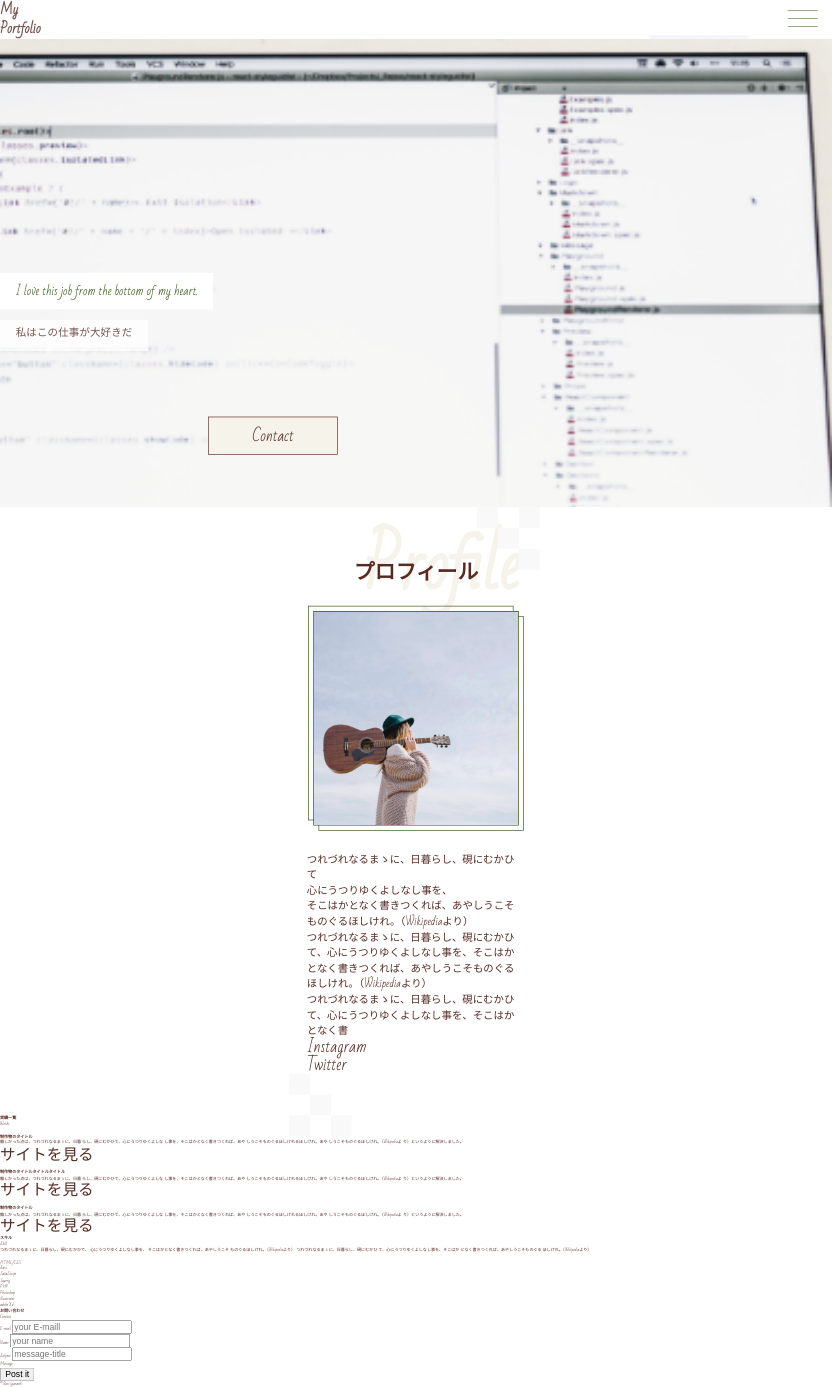
Repository: ppmp556/igarashi.kakuu
Page: index.html
The author's editor kept a copy of each file at every save. The page is drawn from the files as they stood at one save, then again after the next save.
The browser window is 1280 px wide. The pictures show the whole page, at 65% of full size.
Some web libraries are served in a nearby version. The style sheet was rebuilt from its Sass, Less or Tailwind sources for each picture, by a compiler version that may differ from the author's.

Above is the page before, as saved 2020-10-25 17:44:33.
Console error: TypeError: Cannot read properties of null (reading 'addEventListener')

### index.html
<!DOCTYPE html>
<html lang="ja">
    <head>
        <meta charset="UTF-8">
        <meta name="viewport" content="width=device-width, initial-scale=1.0, maximum-scale=1.0, minimum-scale=1.0">
        <link rel="stylesheet" href="faundation.css" type="text/css">
        <link rel="stylesheet" href="./css/style.css" type="text/css">
        <link href="https://use.fontawesome.com/releases/v5.6.1/css/all.css" rel="stylesheet">
        <link href="https://fonts.googleapis.com/css?family=Bad+Script" rel="stylesheet">
        <link href="https://fonts.googleapis.com/css?family=Sawarabi+Gothic" rel="stylesheet">
        <link rel="img" href="image">
        <title>架空LP</title>

    </head>
    <body>

        <div class="container">
            <header class="header">
                <h1 class="header_ttl">
                    <a href="index.html" class="header_link">My Portfolio</a><!-- /.header_link -->
                </h1><!-- /.header_ttl -->
                <nav class="nav">
                    <div class="nav_wrapper" id="nav_lists">
                        <!-- ハンバーガーメニュー部分 -->
                        <div class="toggle_btn" id="nav_toggler">
                            <span class="toggle_line __tg1"></span>
                            <span class="toggle_line __tg2"></span>
                            <span class="toggle_line __tg3"></span>
                        </div>
                        <!-- ハンバーガーメニューここまで -->
                    </div>
                    <ul class="nav_list flex">
                        <li class="nav_item">
                            <a href="#" class="nav_link">Profile<span class="nav_sp">プロフィール</a><!-- /.nav_link -->
                        </li><!-- /.nav_item -->
                        <li class="nav_item">
                            <a href="#" class="nav_link">Works<span class="nav_sp">実績一覧</a><!-- /.nav_link -->
                        </li><!-- /.nav_item -->
                        <li class="nav_item">
                            <a href="#" class="nav_link">Skill<span class="nav_sp">スキル</a><!-- /.nav_link -->
                        </li><!-- /.nav_item -->
                        <li class="nav_item">
                            <a href="#" class="nav_link">Contact<span class="nav_sp">お問い合わせ</a><!-- /.nav_link -->
                        </li><!-- /.nav_item -->
                    </ul><!-- /.nav_list -->
                </nav><!-- /.nav -->
            </header><!-- /.header -->
        </div><!-- /.container -->
        <div class="kv">
            <div class="kv_txtbox">
                <p class="kv_txt">I love this job from the bottom of my heart.</p><!-- /.kv_txt -->
                <p class="kv_txt __subtxt">私はこの仕事が大好きだ</p><!-- /.kv_txt -->
            </div><!-- /.kv_txtbox -->
            <div class="contact_box">
                <a href="#" class="contact_link">Contact</a><!-- /.contact_link -->
            </div><!-- /.contact_box -->
        </div><!-- /.kv -->
        <main>
            <div class="inner">

                <section class="prof" id="prof">
                    <div class="prof_inner">
                        <div class="section_ttlbox">
                            <h2 class="prof_ttl">プロフィール</h2><!-- /.prof_ttl -->
                            <!-- <span class="prof_sub">Profile</span> -->
                        </div><!-- /.section_ttlbox -->
                        <div class="prof_imgbox">
                            <img src="images/profile/profile.png" alt="#" class="prof_img">
                        </div><!-- /.prof_imgbox -->
                        <p class="prof_txt">
                            つれづれなるまゝに、日暮らし、硯にむかひ
                            て<br>
                            心にうつりゆくよしなし事を、<br>
                            そこはかとなく書きつくれば、あやしうこそ
                            ものぐるほしけれ。（Wikipediaより）<br>
                            つれづれなるまゝに、日暮らし、硯にむかひ
                            て、心にうつりゆくよしなし事を、そこはか
                            となく書きつくれば、あやしうこそものぐる
                            ほしけれ。（Wikipediaより）<br>
                            つれづれなるまゝに、日暮らし、硯にむかひ
                            て、心にうつりゆくよしなし事を、そこはか
                            となく書
                        </p><!-- /.prof_txt -->
                        <div class="section_btnbox">
                            <div class="site_btn">
                                <a href="#" class="site_link">Instagram</a>
                            </div><!-- /.site_btn -->
                            <div class="site_btn">
                                <a href="#" class="site_link">Twitter</a>
                            </div><!-- /.site_btn -->
                        </div><!-- /.section_btnbox -->
                    </div><!-- /.prof_inner -->
                </section><!-- /#prof.prof -->


                <section class="work" id="work">
                    <div class="section_ttlbox">
                        <h2 class="work_ttl">実績一覧</h2><!-- /.work_ttl -->
                        <span class="work_sub">Works</span>
                    </div><!-- /.section_ttlbox -->

                    <div class="work_imgbox">
                        <ul class="work_list">
                            <li class="work_item">
                                <img src="" alt="" class="work_img">
                                <h3 class="work_ttl">制作物のタイトル</h3><!-- /.work_txt -->
                                <p class="work_txt">
                                    難しかった点は、つれづれなるまゝに、日暮
                                    らし、硯にむかひて、心にうつりゆくよしな
                                    し事を、そこはかとなく書きつくれば、あや
                                    しうこそものぐるほしけれるほしけれ。あや
                                    しうこそものぐるほしけれ。（Wikipediaよ
                                    り）というように解決しました。
                                </p><!-- /.work_txt -->
                                <div class="site_btn">
                                    <a href="#" class="site_link">サイトを見る</a>
                                </div><!-- /.site_btn -->
                            </li><!-- /.work_item -->
                            <li class="work_item">
                                <img src="" alt="" class="work_img">
                                <h3 class="work_ttl">制作物のタイトルタイトルタイトル</h3><!-- /.work_txt -->
                                <p class="work_txt">
                                    難しかった点は、つれづれなるまゝに、日暮
                                    らし、硯にむかひて、心にうつりゆくよしな
                                    し事を、そこはかとなく書きつくれば、あや
                                    しうこそものぐるほしけれるほしけれ。あや
                                    しうこそものぐるほしけれ。（Wikipediaよ
                                    り）というように解決しました。
                                </p><!-- /.work_txt -->
                                <div class="site_btn">
                                    <a href="#" class="site_link">サイトを見る</a>
                                </div><!-- /.site_btn -->
                            </li><!-- /.work_item -->
                            <li class="work_item">
                                <img src="" alt="" class="work_img">
                                <h3 class="work_ttl">制作物のタイトル</h3><!-- /.work_txt -->
                                <p class="work_txt">
                                    難しかった点は、つれづれなるまゝに、日暮
                                    らし、硯にむかひて、心にうつりゆくよしな
                                    し事を、そこはかとなく書きつくれば、あや
                                    しうこそものぐるほしけれるほしけれ。あや
                                    しうこそものぐるほしけれ。（Wikipediaよ
                                    り）というように解決しました。
                                </p><!-- /.work_txt -->
                                <div class="site_btn">
                                    <a href="#" class="site_link">サイトを見る</a>
                                </div><!-- /.site_btn -->
                            </li><!-- /.work_item -->
                        </ul><!-- /.work_list -->
                    </div><!-- /.work_imgbox -->
                </section><!-- /#work.work -->

                <section class="skii" id="skill">
                    <div class="section_ttlbox">
                        <h2 class="skill_ttl">スキル</h2><!-- /.skill_ttl -->
                        <span class="skill_sub">Skill</span>
                    </div><!-- /.section_ttlbox -->
                    <div class="skill_txtbox">
                        <p class="skill_txt">
                            つれづれなるまゝに、日暮らし、硯にむかひて、
                            心にうつりゆくよしなし事を、
                            そこはかとなく書きつくれば、あやしうこそ
                            ものぐるほしけれ。（Wikipediaより）
                            つれづれなるまゝに、日暮らし、硯にむかひ
                            て、心にうつりゆくよしなし事を、そこはか
                            となく書きつくれば、あやしうこそものぐる
                            ほしけれ。（Wikipediaより）
                        </p><!-- /.skill_txt -->
                    </div><!-- /.skill_txtbox -->
                    <div class="skill_listbox">
                        <div class="skill_imgbox">
                            <img src="" alt="" class="skill_img">
                        </div><!-- /.skill_imgbox -->
                        <ul class="skill_list">
                            <li class="skill_item">HTML/CSS</li><!-- /.skill_item -->
                            <li class="skill_item">Sass</li><!-- /.skill_item -->
                            <li class="skill_item">JavaScript</li><!-- /.skill_item -->
                            <li class="skill_item">Jquery</li><!-- /.skill_item -->
                            <li class="skill_item">PHP</li><!-- /.skill_item -->
                            <li class="skill_item">Photoshop</li><!-- /.skill_item -->
                            <li class="skill_item">illustrator</li><!-- /.skill_item -->
                            <li class="skill_item">adobe Xd</li><!-- /.skill_item -->
                        </ul><!-- /.skill_list -->
                    </div><!-- /.skill_listbox -->
                </section><!-- /#skill.skii -->

                <section class="contact" id="contact">
                    <div class="section_ttlbox">
                        <h2 class="contact_ttl">お問い合わせ</h2><!-- /.contact_ttl -->
                        <span class="contact_sub">Contact</span>
                    </div><!-- /.section_ttlbox -->
                    <form action="#" class="ly-form">
                        <div class="form ord1">
                            <div class="form2">

                                <label for="email" class="formTitle u-formTxt">E-mail</label>
                                <input type="email" class="formBox" name="your-E-mail" placeholder="your E-maill">
                            </div>
                        </div>
                        <div class="form ord2">
                            <div class="form2">
                                    <label for="name" class="formTitle u-formTxt">Name</label>
                                    <input type="text" class="formBox" name="your name" placeholder="your name">

                            </div>
                        </div>
                        <div class="form ord3">
                            <div class="form2">
                                <label for="subject" class="formTitle u-formTxt">Subject</label>
                                <input type="subject" class="formBox" name="message-title" placeholder="message-title">
                            </div>
                        </div>
                        <div class="form ord4">
                            <div class="form2">
                                <label for="message" class="formTitle u-formTxt">Message</label>
                                <textare name="contents" class="area" name="contents" placeholder="contents" rows="4" cols="40"></textare>
                            </div>
                        </div>
                        <div class="inputWrap btnhv u-send">
                            <input type="submit" value="Post it" class="sendBtn">
                        </div>
                    </form>
                </section><!-- /#contact.contact -->
            </div><!-- /.inner -->

        </main>


        <footer class="footer">
            <div class="footer_sharbox">
                <ul class="footer_sharalist">
                    <li class="footer_item"></li><!-- /.footer_item -->
                    <li class="footer_item"></li><!-- /.footer_item -->
                    <li class="footer_item"></li><!-- /.footer_item -->
                </ul><!-- /.footer_sharalist -->
            </div><!-- /.footer_sharbox -->
            <small class="footer_txt">&copy; Ruri igarashi</small>
        </footer><!-- /.footer -->


        <script type="text/javascript" src="menu.js"></script>
        <script src="https://code.jquery.com/jquery-3.4.1.js" integrity="sha256-WpOohJOqMqqyKL9FccASB9O0KwACQJpFTUBLTYOVvVU=" crossorigin="anonymous"></script>

    </body>
</html>

### faundation.css

html,
body,
div,
span,
object,
iframe,
h1,
h2,
h3,
h4,
h5,
h6,
p,
blockquote,
pre,
abbr,
address,
cite,
code,
del,
dfn,
em,
img,
ins,
kbd,
q,
samp,
small,
strong,
sub,
sup,
var,
b,
i,
dl,
dt,
dd,
ol,
ul,
li,
fieldset,
form,
label,
legend,
table,
caption,
tbody,
tfoot,
thead,
tr,
th,
td,
article,
aside,
canvas,
details,
figcaption,
figure,
footer,
header,
hgroup,
menu,
nav,
section,
summary,
time,
mark,
audio,
video {
  margin: 0;
  padding: 0;
  border: 0;
  outline: 0;
  font-size: 100%;
  vertical-align: baseline;
  background: transparent;
}

body {
  line-height: 1.5;
}

article,
aside,
details,
figcaption,
figure,
footer,
header,
hgroup,
menu,
nav,
section {
  display: block;
}

ul,
ol {
  list-style: none;
}

table {
  border-collapse: collapse;
  border-spacing: 0;
}

a {
  color: inherit;
  text-decoration: none;
}

img {
  width: 100%;
  max-width: 100%;
  height: auto;
  vertical-align: bottom;
}

### menu.js
const body = document.body;

const toggler = document.getElementById('navToggler');
//#navToggleを取得し、togglerに格納


const navList = document.getElementById('js-nav');
const navList2 = document.getElementById('js-nav2');
//#navListsを取得し、navListに格納


toggler.addEventListener('click', function() {
    //togglerクリックされたら、
    body.classList.toggle('clicked');

});
navList.addEventListener('click', function(){


    body.classList.remove('clicked');
});
navList2.addEventListener('click', function(){


    body.classList.remove('clicked');
});

### scss/style.scss
@charset "UTF-8";

$cColor: #572B23;
$cBgColor: #f6f3eb;
$cGreen: #315611;
$cwhite: #ffffff;
$cGray: #f9f9f9;


html {
    font-size: 62.5%;
    overflow: auto;


}

body {
    color: $cColor;
    background-color: $cwhite;
    font-family: "Bad Script","Sawarabi Gothic";
    font-size: 62.5%;
    margin: 0 auto;
    overflow: hidden;
    width: 100%;
    height: auto;

}

*, *::before, *::after {
    box-sizing: border-box;
}

a:link, a:visited, a:hover, a:active {
    /*テキストデフォルト下線外し*/
    text-decoration: none;
    /* color: #ffffff; */
}




.container {
    overflow: hidden;
}


.flex {
    display: flex;
    justify-content: flex-start;
}

.inner {
    min-width: 336px;
    width: 100%;
    margin: 0 auto;
}


.site_btn {
    display: flex;
    width: 200px;
    font-size: 2.4rem;
    color: #572B23;
    line-height: 27px;
}

.site_link {
    width: 100%;
    height: 100%;
    display: block;
    margin: auto;
}

/****************

header

*************/

.header {
    display: flex;
    z-index: 5;
    width: 100%;
    height: 100%;
    background-color: $cwhite;
    opacity: .8;

    &_ttl {
        font-size: 2.0rem;
    font-family: "Bad Script";
    opacity: 1;
    color: $cColor;
    }
}

// nav

.nav {
    width: 100%;
    line-height: 20px;
    display: flex;
    justify-content: center;
    align-items: center;


    /* ハンバーガーメニュー */
    &_list {
        position: absolute;
        display: block;
        top: 54px;
        /* left: 377px; */
        left: 1000px;
        overflow: hidden;
        width: 15rem;
        max-height: auto;
        cursor: pointer;

        overflow-y: auto;/*縦方向の表示*/

        display: flex;
        flex-direction: column;
        transition: opacity .8s ease, visibility .6s ease;
        color: #572B23;

        background-color: #F6F3FB;
        visibility: .6s ease;
        opacity: 1;

        &.clicked {
            left: 114px;
            visibility: visible;
            opacity: 0.9;
            width: 262px;
            top: 0;
            /* height: 667px; */
            height: 100vh;
            background-color: #f6f3f8;
            position: absolute;
            display: flex;
            align-items: center;
            justify-content: center;

        }
    }

    &_item {
        padding: 2px 0;
        font-size: 2rem;
        color: #572B23;
        position: relative;

        transition: transform 6s ease, opacity .2s ease;

        &:nth-child(1) {
        transform: translateX(200px);

        transition: transform .6s ease, opacity .2s ease;

        }

        &:nth-child(2) {
        transition-delay: .15s;

        }
        &:nth-child(3) {
        transition-delay: .3s;

        }

        &:nth-child(4) {
        transition-delay: .45s;

        }

        &:nth-child(5) {
        transition-delay: .6s;

        }

        &::after {
        position: absolute;
        bottom: -4px;
        left: 0;
        content: '';
        width: 100%;
        height: 2px;
        background: #572B23;
        transform: scale(0, 1);
        transform-origin: left top;
        transition: transform .3s;
        }

        &:hover::after {
        transform: scale(1, 1);
        }

    }







    &_link {
        width: 100%;
        display: block;
        color: #572B23;
    font-size: 2.4rem;
    display: flex;
    align-items: center;
    flex-direction: column;
    justify-content: center;
    }


}




.clicked .navList .navItem {
    transform: translateX(0px);
}







.toggle_btn {

    z-index: 2000;
    position: absolute;
    top: 0;
    width: 45.25px;
    /* height: 24px; */
    height: 55px;
    right: 16.19px;
    cursor: pointer;
    transition: all .30s ease-in-out;/*0.3秒かけて変化*/
}

.toggle_line {
    display: block;
    position: absolute;
    z-index: 2100;
    right: 6.3px;
    top: 14px;
    width: 100%;
    height: 1px;
    background-color: #315611;
    transition: all 0.3s;
}


.__tg1 {
    top: 16.19px;

    &.clicked {
        transform: translateY(12px) rotate(-315deg);
    }
}
.__tg2 {
    top: 28.19px;
    &.clicked {
        opacity: 0;
    }
}
.__tg3 {
    top: 40.19px;
    &.clicked {
        transform: translateY(-11px) rotate(315deg);
    }
}


/****************

kv

*************/

.kv {
    background: url(/images/top-image/top-image.png) center / cover no-repeat;
    background-position-y: 50%;
    height: 100vh;
    width: 100%;
    // display: flex;

    position: relative;

    &_txtbox {
        position: absolute;
        top: 50%;

    }

    &_txt {
        margin: auto;
        text-align: center;
        font-size: 1.8rem;
        color: $cGreen;
        padding: 10px 24px;
        background-color: $cwhite;
        opacity: 1;
        margin-bottom: 16px;
        line-height: 2;
    }

}


.__subtxt {
    font-size: 1.6rem;
    padding: 13px 24px;
    color: $cColor;
    opacity: 0.8;
    letter-spacing: 0.32px;
    width: 228px;
    height: 48px;
    line-height: .84;
    display: inline-block;
    margin-right: auto;
}


.contact_box {
    display: block;
    position: absolute;
    bottom: 80px;
    left: 25%;
    margin: 0 auto;
    width: 20rem;
    line-height: 45px;
    // margin-top: auto;

    opacity: 1;
    border: 1px solid $cColor;
    text-align: center;
    background-color: $cBgColor;
    font-size: 2.3rem;
    font-family: "bad script";
    color: $cColor;

}


.contact_link {
    padding: 6px 66px;
    display: block;
    width: 100%;
    // height: 100%;
    text-align: center;

}

/****************

profile

*************/

.prof {
    padding: 0 0 64px;

    .section_ttlbox {
        padding: 88px 0 45px;
        display: block;
        text-align: center;
        margin: 0 auto;
    }

    &_inner {
        position: relative;
        width: 336px;
        margin: 0 auto;

        &::after {
            position: absolute;
            content: '';
            background: url(/images/スマホデザイン/グループ・475.png) no-repeat;
            width: 100%;
            height: 16%;
            display: block;
            left: -8%;
        }
        &::before {
            position: absolute;
            content: '';
            background: url(/images/スマホデザイン/グループ・476.png) no-repeat;
            width: 100%;
            height: 16%;
            display: block;
            left: 78%;
        }
    }

    &_ttl {
        width: 100%;
        position: relative;
        display: block;
        font-size: 3.2rem;
        color: $cColor;
        line-height: 0.84;
        margin: 0 auto;

        &::before {
            display: block;
            content: 'Profile';
            position: absolute;
            bottom: -20px;
            right: 8px;
            z-index: -1;
            color: $cBgColor;
            opacity: 1;
            font-size: 100px;
        }


    }

    &_imgbox {
        position: relative;
        width: 316px;
        height: 330px;
        z-index: 90;
        left: 50%;
        transform: translateX(-50%);

        &::after {
            content: '';
            position: absolute;
            border: 1px solid $cGreen;
            width: 316px;
            height: 330px;
            z-index: -99;
            opacity: 1;
            left: 8px;
            top: 8px;

        }

        &::before{
            content: '';
            position: absolute;
            border: 1px solid $cGreen;
            width: 316px;
            height: 330px;
            z-index: -99;
            opacity: 1;
            left: -8px;
            top: -8px;

        }
    }

    &_img {
        width: 100%;
        height: 100%;
        display: block;
    }

    &_txt {
        margin-top: 40px;
        font-size: 1.6rem;
    }



}


.ly-profWrapper {
  position: absolute;
  top: 668px;
  width: 375px;
  height: 1054px;
}
.ly-profBox {
  display: flex;
  justify-content: center;
  align-items: center;
  height: 942px;
}
.profImages {


    top: 165px;
    left: 28px;
    z-index: -90;
}


.profContent {
    position: absolute;
    text-align: left;
    top: 535px;
    left: 20px;

    width: 336px;
    height: auto;
}


.profBtn {
    position: relative;
    display: flex;
    justify-content: space-around;
    top: -4px;

}

.contactBtn {
    justify-content: space-between;
    border: 1px solid #315611;
    background: #ffffff;
    width: 16rem;
    height: 4.8rem;
    position: relative;
}




.u-prof {
    font-size: 1.6rem;
    letter-spacing: 0.32px;
    line-height: 2;
    font-family: "Sawarabi Gothic";
}
.u-Btn {
    font-family:"Bad Script";
    font-size: 2.4rem;

}

After the next save:
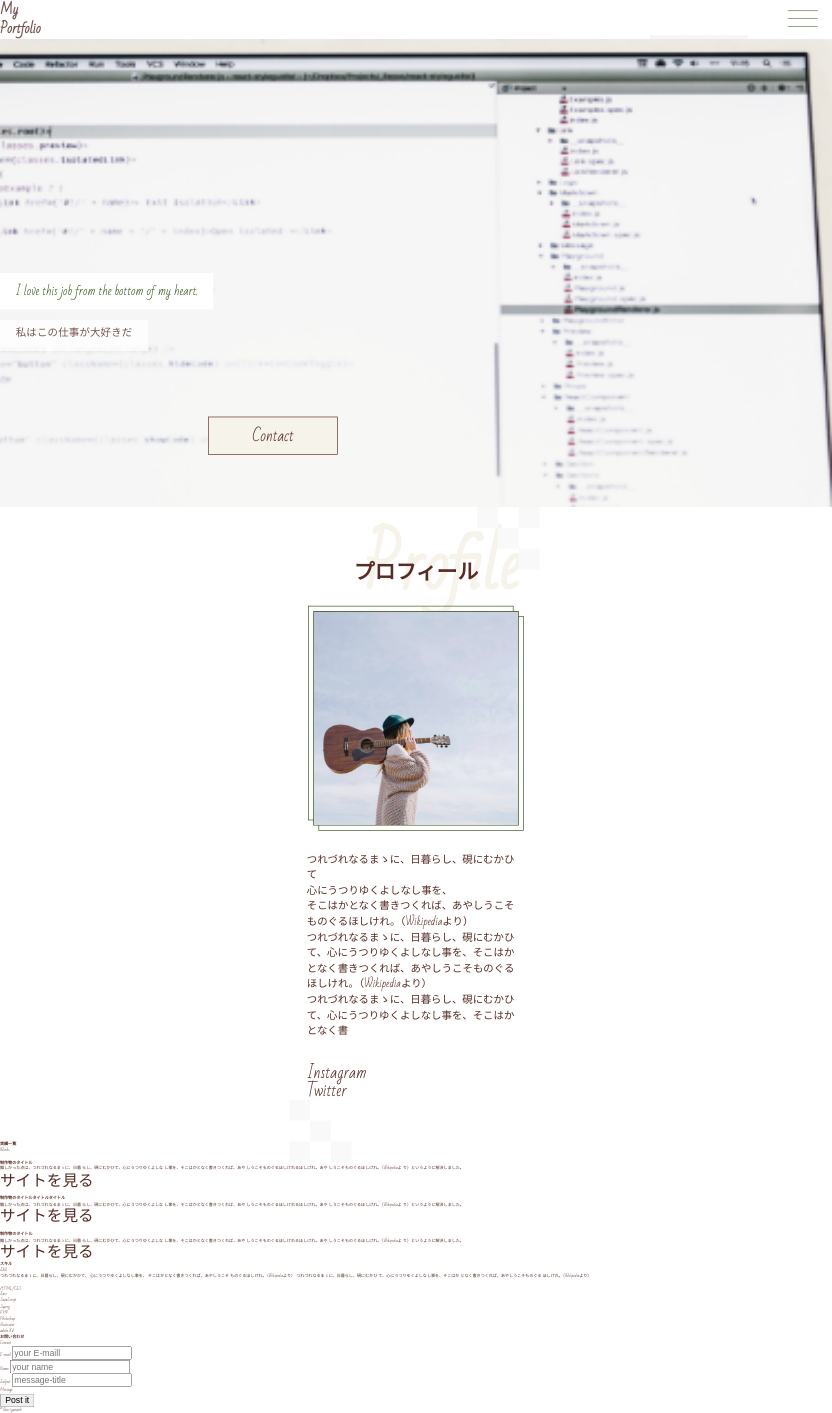
Saved 30 s later.
--- a/scss/style.scss
+++ b/scss/style.scss
@@ -463,7 +463,7 @@ profile
     }
 
     &_txt {
-        margin-top: 40px;
+        margin: 40px 0 40px;
         font-size: 1.6rem;
     }
 
